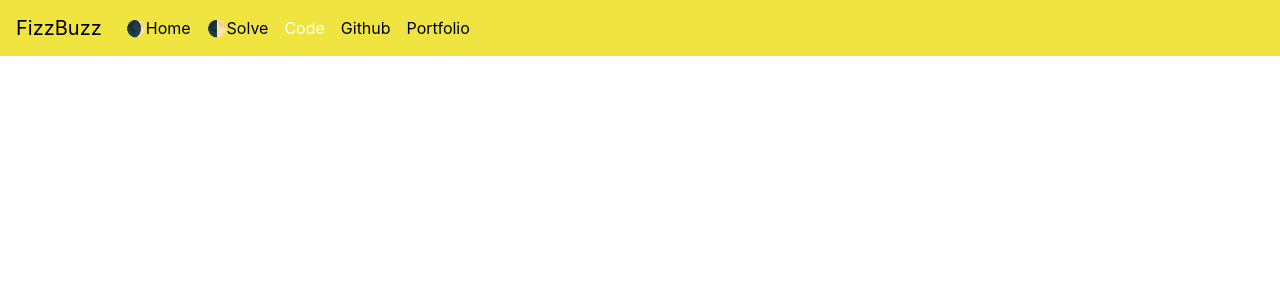
Repository: zhadjah9559/SunsetHills
Page: code.html
The author's editor kept a copy of each file at every save. The page is drawn from the files as they stood at one save, then again after the next save.
The browser window is 1280 px wide. The pictures show the whole page.

Above is the page before, as saved 2021-01-14 16:52:39.

### code.html
<!doctype html>
<html lang="en">
  <head>
    <title>Title</title>
    <!-- Required meta tags -->
    <meta charset="utf-8">
    <meta name="viewport" content="width=device-width, initial-scale=1, shrink-to-fit=no">
    <meta http-equiv="X-UA-Compatible" content="ie=edge">
    <title>Fizz Buzz Coding Challenge (Implementing the Meta Strat</title>


    <!-- Bootstrap CSS -->
    <link rel="stylesheet" href="https://stackpath.bootstrapcdn.com/bootstrap/4.3.1/css/bootstrap.min.css" integrity="sha384-ggOyR0iXCbMQv3Xipma34MD+dH/1fQ784/j6cY/iJTQUOhcWr7x9JvoRxT2MZw1T" crossorigin="anonymous">
    <link rel="stylesheet" href="css/custom.css">
    <link rel="stylesheet" href="css/prism.css">

  </head>
  <body>
    <nav class="navbar navbar-expand-sm navbar-dark" style="background-color:  #F0E440;">
        <a class="navbar-brand" href="#">FizzBuzz</a>
        <button class="navbar-toggler d-lg-none" type="button" data-toggle="collapse" data-target="#collapsibleNavId" aria-controls="collapsibleNavId"
            aria-expanded="false" aria-label="Toggle navigation"></button>
        <div class="collapse navbar-collapse" id="collapsibleNavId">
            <ul class="navbar-nav mr-auto mt-2 mt-lg-0">
                <li class="nav-item">
                    <a class="nav-link" href="index.html">🌒Home </a>
                </li>
                <li class="nav-item">
                    <a class="nav-link" href="solve.html">🌓Solve </a>
                </li>
                <li class="nav-item">
                    <a class="nav-link active" href="code.html">Code <span class="sr-only">(current)</span></a>
                </li>
                <li class="nav-item">
                    <a class="nav-link" target="_blank" href="https://github.com/zhadjah9559/SunsetHills">Github</a>
                </li>
                <li class="nav-item">
                    <a class="nav-link" target="_blank" href="https://www.zacharyhadjah.netlify.app">Portfolio</a>
                </li>
            </ul>
        </div>
    </nav>

    <pre>
        <code>

        </code>
    </pre>

    <!-- Optional JavaScript -->
    <!-- jQuery first, then Popper.js, then Bootstrap JS -->
    <script src="https://code.jquery.com/jquery-3.3.1.slim.min.js" integrity="sha384-q8i/X+965DzO0rT7abK41JStQIAqVgRVzpbzo5smXKp4YfRvH+8abtTE1Pi6jizo" crossorigin="anonymous"></script>
    <script src="https://cdnjs.cloudflare.com/ajax/libs/popper.js/1.14.7/umd/popper.min.js" integrity="sha384-UO2eT0CpHqdSJQ6hJty5KVphtPhzWj9WO1clHTMGa3JDZwrnQq4sF86dIHNDz0W1" crossorigin="anonymous"></script>
    <script src="https://stackpath.bootstrapcdn.com/bootstrap/4.3.1/js/bootstrap.min.js" integrity="sha384-JjSmVgyd0p3pXB1rRibZUAYoIIy6OrQ6VrjIEaFf/nJGzIxFDsf4x0xIM+B07jRM" crossorigin="anonymous"></script>
    <script src="js/custom.js"></script>
    <script src="js/prism.js"></script>

  </body>
</html>

### css/custom.css
.navbar-dark .navbar-nav .active>.nav-link{
    color:black;
}
.navbar-dark .navbar-nav .nav-link{
    color:black;
}
.navbar .navbar-brand{
    color:black;
}

### css/prism.css
/* PrismJS 1.23.0
https://prismjs.com/download.html#themes=prism-okaidia&languages=markup+css+clike+javascript&plugins=line-numbers */
/**
 * okaidia theme for JavaScript, CSS and HTML
 * Loosely based on Monokai textmate theme by http://www.monokai.nl/
 * @author ocodia
 */

code[class*="language-"],
pre[class*="language-"] {
	color: #f8f8f2;
	background: none;
	text-shadow: 0 1px rgba(0, 0, 0, 0.3);
	font-family: Consolas, Monaco, 'Andale Mono', 'Ubuntu Mono', monospace;
	font-size: 1em;
	text-align: left;
	white-space: pre;
	word-spacing: normal;
	word-break: normal;
	word-wrap: normal;
	line-height: 1.5;

	-moz-tab-size: 4;
	-o-tab-size: 4;
	tab-size: 4;

	-webkit-hyphens: none;
	-moz-hyphens: none;
	-ms-hyphens: none;
	hyphens: none;
}

/* Code blocks */
pre[class*="language-"] {
	padding: 1em;
	margin: .5em 0;
	overflow: auto;
	border-radius: 0.3em;
}

:not(pre) > code[class*="language-"],
pre[class*="language-"] {
	background: #272822;
}

/* Inline code */
:not(pre) > code[class*="language-"] {
	padding: .1em;
	border-radius: .3em;
	white-space: normal;
}

.token.comment,
.token.prolog,
.token.doctype,
.token.cdata {
	color: #8292a2;
}

.token.punctuation {
	color: #f8f8f2;
}

.token.namespace {
	opacity: .7;
}

.token.property,
.token.tag,
.token.constant,
.token.symbol,
.token.deleted {
	color: #f92672;
}

.token.boolean,
.token.number {
	color: #ae81ff;
}

.token.selector,
.token.attr-name,
.token.string,
.token.char,
.token.builtin,
.token.inserted {
	color: #a6e22e;
}

.token.operator,
.token.entity,
.token.url,
.language-css .token.string,
.style .token.string,
.token.variable {
	color: #f8f8f2;
}

.token.atrule,
.token.attr-value,
.token.function,
.token.class-name {
	color: #e6db74;
}

.token.keyword {
	color: #66d9ef;
}

.token.regex,
.token.important {
	color: #fd971f;
}

.token.important,
.token.bold {
	font-weight: bold;
}
.token.italic {
	font-style: italic;
}

.token.entity {
	cursor: help;
}

pre[class*="language-"].line-numbers {
	position: relative;
	padding-left: 3.8em;
	counter-reset: linenumber;
}

pre[class*="language-"].line-numbers > code {
	position: relative;
	white-space: inherit;
}

.line-numbers .line-numbers-rows {
	position: absolute;
	pointer-events: none;
	top: 0;
	font-size: 100%;
	left: -3.8em;
	width: 3em; /* works for line-numbers below 1000 lines */
	letter-spacing: -1px;
	border-right: 1px solid #999;

	-webkit-user-select: none;
	-moz-user-select: none;
	-ms-user-select: none;
	user-select: none;

}

	.line-numbers-rows > span {
		display: block;
		counter-increment: linenumber;
	}

		.line-numbers-rows > span:before {
			content: counter(linenumber);
			color: #999;
			display: block;
			padding-right: 0.8em;
			text-align: right;
		}

### js/custom.js
let sunsetOrder = "";

function BeginFunction(){
    //wire up all the data to the building variables
    let building1 = parseInt( document.getElementById("input1") )
    let building2 = parseInt( document.getElementById("input2") )
    let building3 = parseInt( document.getElementById("input3") )
    let building4 = parseInt( document.getElementById("input4") )
    let building5 = parseInt( document.getElementById("input5") )

    const buildings = document.querySelectorAll(".form-control").forEach( building =>{
        JasonsFunction()
    })

     //Put all the buildings into an array
     //let buildingsArray = [building1, building2, building3, building4, building5]


    //Create multiple functions for debugging purposes
    //helps keeps track of exactly where problems are
    //KeepTrackOfTallest();

}

function KeepTrackOfTallest(){


    //You will need to use  nested for loops. Nested for loops are how you can properly
    //compare elements inside of an array with eachother.

    //Loop starts at one because it will be the loop that is compared to all the
    //previous buildings that are infront of it
    for (let currentBuilding = 1; currentBuilding < buildingsArray.length; currentBuilding++) {

        //will be kept false UNTIL you find the tallest building
        //once tallest building is found, it will be switched to true
        let tallestBuilding = false

        //this loop starts at one because it will need to stay before the position of the
        //current building. It needs to stay before current building to properly compare
        //which building is taller. That is why the middle condition is
        // previousBuilding < currentBuilding
        for (let previousBuilding = 0; previousBuilding < currentBuilding; previousBuilding++) {

            //if any of the previous building are taller than the building that is currently being compared with,
            //then change the bool to true
            if(buildingsArray[previousBuilding] >= buildingsArray[currentBuilding]){
                tallest = true;
                break;
            }else
                continue;

        }
    }

    if(tallestBuilding == false)
        sunsetOrder.push("")
    else
        sunsetOrder.push("")

    results = sunsetOrder.join("");
    document.getElementById("results").innerHTML = `${results}`;
}

function JasonsFunction(){
    let maxHeight = buildingsArray[0]
    let viewOrder = new Array()
    viewOrder.push(building1)

    //if the current building is larger than the largest previous building, then add it to array
    //Determine maximum number algorithm
    for (let i = 1; i < array.length; i++) {
        if(buildingsArray[i] > maxheight){
            maxHeight = buildingsArray[i]
            viewOrder.push(maxheight)
        }
        document.getElementById("results").innerText =  `The ascending array is [ ${ascendingarray.join(",")}]`
    }
}

function clear(){
    buildings.querySelectorAll("")
}

Loaded but not shown: js/prism.js (library)

After the next save:
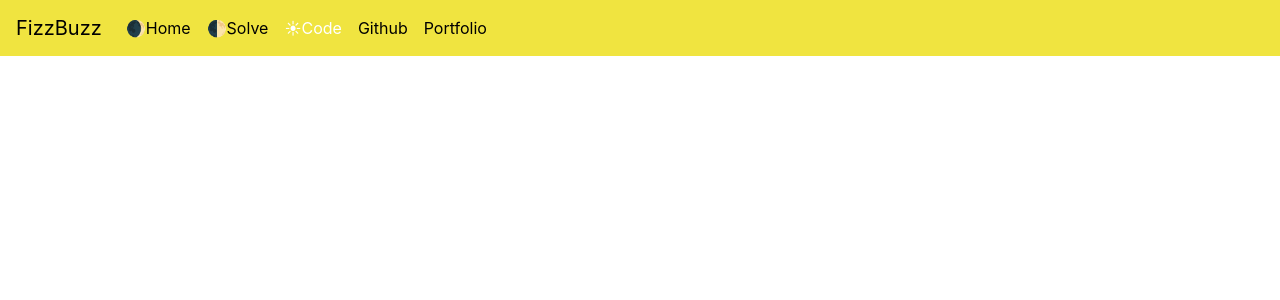
Saved 10 s later.
--- a/code.html
+++ b/code.html
@@ -29,7 +29,7 @@
                     <a class="nav-link" href="solve.html">🌓Solve </a>
                 </li>
                 <li class="nav-item">
-                    <a class="nav-link active" href="code.html">Code <span class="sr-only">(current)</span></a>
+                    <a class="nav-link active" href="code.html">☀Code <span class="sr-only">(current)</span></a>
                 </li>
                 <li class="nav-item">
                     <a class="nav-link" target="_blank" href="https://github.com/zhadjah9559/SunsetHills">Github</a>
